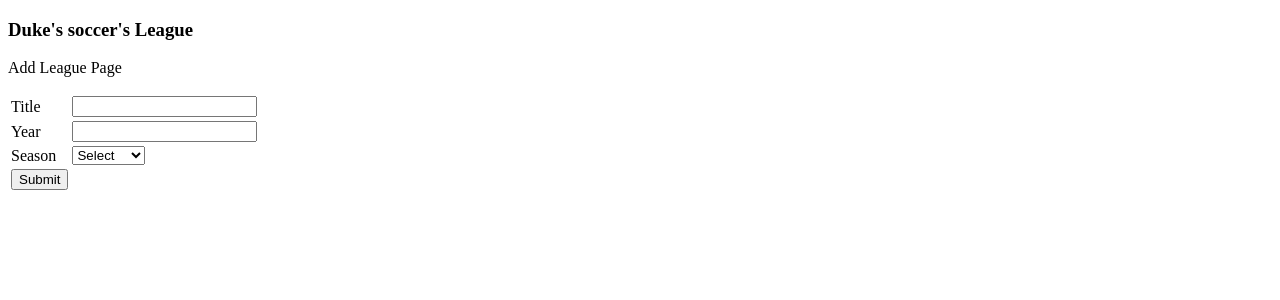
Repository: SumaiaBristy/JavaProjects
Page: LICT_Practice/HibernatePractice/SoccerLeagueHibernate/WebRoot/admin/add_league.html
An editor plug-in stored every save of this project. The page is shown before and after the next save, followed by the edit.
The browser window is 1280 px wide. The pictures show the whole page.

Above is the page before, as saved 2017-01-20 06:11:37.

After the next save:
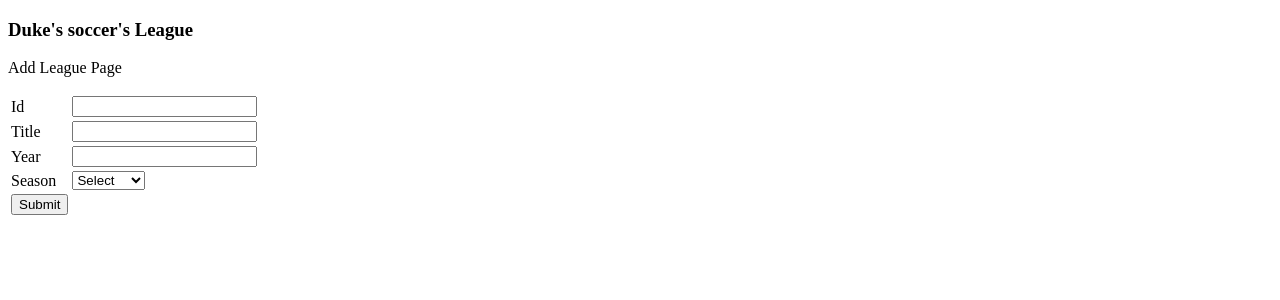
Saved 4 min 49 s later.
--- a/LICT_Practice/HibernatePractice/SoccerLeagueHibernate/WebRoot/admin/add_league.html
+++ b/LICT_Practice/HibernatePractice/SoccerLeagueHibernate/WebRoot/admin/add_league.html
@@ -10,6 +10,12 @@
 
 	<form  action="http://localhost:1234/Soccer_League/add_league.servlet" method="post">
 		<table >
+		       <tr>
+					<td><label id="label-1">Id</label></td>
+					<td>
+						<input id="input-1" name="title"   type="text"/>
+					</td>
+				</tr>
 				<tr>
 					<td><label id="label-1">Title</label></td>
 					<td>
